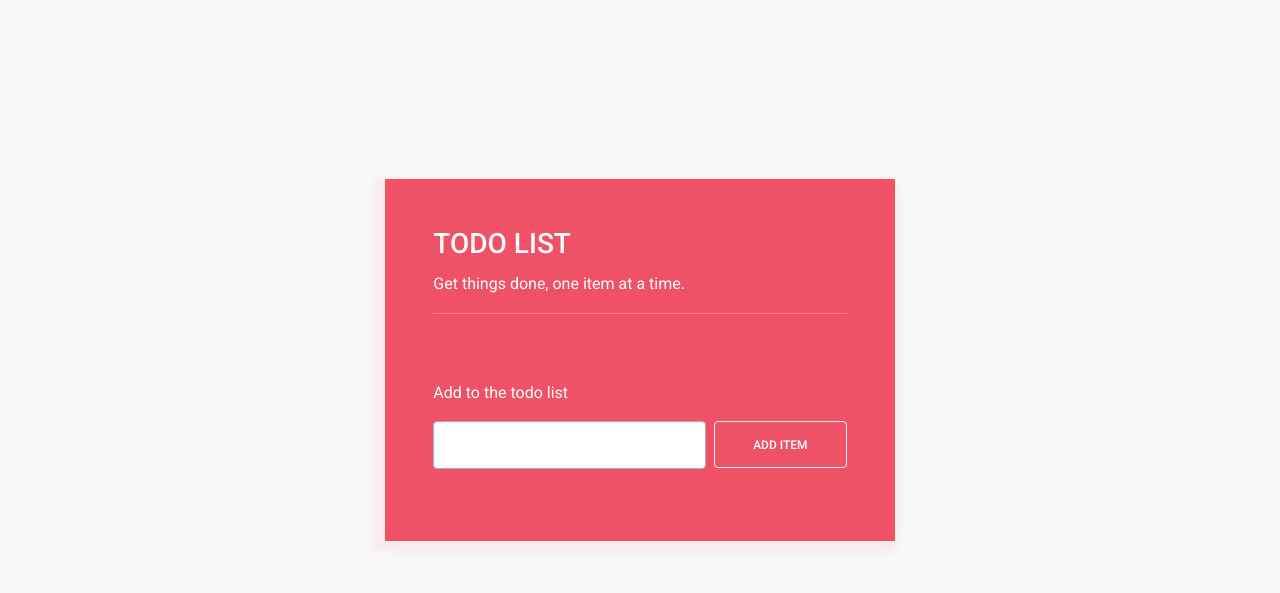
Repository: TinhTT336/MD02_HACKATHON01_HN_JV230620_BS_TranThiTinh_Basic
Page: /
The author's editor kept a copy of each file at every save. The page is drawn from the files as they stood at one save, then again after the next save.
The browser window is 1280 px wide. The pictures show the whole page.
Some web libraries are served in a nearby version. The project was rebuilt for these pictures with package versions that can differ from the ones it lists, and the page was loaded fresh each time. Also part of the build but not shown: vite.config.js, src/App.css.

Above is the page before, as saved 2023-09-05 11:52:10.

### index.html
<!DOCTYPE html>
<html lang="en">
  <head>
    <meta charset="UTF-8" />
    <link rel="icon" type="image/svg+xml" href="/vite.svg" />
    <meta name="viewport" content="width=device-width, initial-scale=1.0" />
    <title>Vite + React</title>
    <link
      href="https://cdnjs.cloudflare.com/ajax/libs/font-awesome/6.0.0/css/all.min.css"
      rel="stylesheet"
    />
    <link
      href="https://fonts.googleapis.com/css?family=Roboto:300,400,500,700&display=swap"
      rel="stylesheet"
    />
    <link
      href="https://cdnjs.cloudflare.com/ajax/libs/mdb-ui-kit/6.2.0/mdb.min.css"
      rel="stylesheet"
    />
  </head>
  <body>
    <div id="root"></div>
    <script type="module" src="/src/main.jsx"></script>
  </body>
</html>

### src/App.jsx
import { useState } from 'react'
import './App.css'
import TodoList from './TodoList/todoList'

function App() {
  const [count, setCount] = useState(0)

  return (
    <>
      <TodoList />
    </>
  )
}

export default App

### src/index.css
/* :root {
  font-family: Inter, system-ui, Avenir, Helvetica, Arial, sans-serif;
  line-height: 1.5;
  font-weight: 400;

  color-scheme: light dark;
  color: rgba(255, 255, 255, 0.87);
  background-color: #242424;

  font-synthesis: none;
  text-rendering: optimizeLegibility;
  -webkit-font-smoothing: antialiased;
  -moz-osx-font-smoothing: grayscale;
  -webkit-text-size-adjust: 100%;
}

a {
  font-weight: 500;
  color: #646cff;
  text-decoration: inherit;
}
a:hover {
  color: #535bf2;
}

body {
  margin: 0;
  display: flex;
  place-items: center;
  min-width: 320px;
  min-height: 100vh;
}

h1 {
  font-size: 3.2em;
  line-height: 1.1;
}

button {
  border-radius: 8px;
  border: 1px solid transparent;
  padding: 0.6em 1.2em;
  font-size: 1em;
  font-weight: 500;
  font-family: inherit;
  background-color: #1a1a1a;
  cursor: pointer;
  transition: border-color 0.25s;
}
button:hover {
  border-color: #646cff;
}
button:focus,
button:focus-visible {
  outline: 4px auto -webkit-focus-ring-color;
}

@media (prefers-color-scheme: light) {
  :root {
    color: #213547;
    background-color: #ffffff;
  }
  a:hover {
    color: #747bff;
  }
  button {
    background-color: #f9f9f9;
  }
} */
body {
  background-color: #faf7f8 !important;
}
.vh-100 {
  width: 50% !important;
  margin: 0 auto !important;
}
.card-body {
  background-color: #ef5267 !important;
  color: #fff !important;
  box-shadow: -5px 5px 5px 5px #f7ebed;
}
.form-control {
  background-color: #fff !important;
  padding: 10px !important;
  width: 100% !important;
}
.list-group-item {
  background-color: #e88c987f !important;
  color: #fff !important;
}
.fas,
.form-check-input {
  color: #fff !important;
}
.btn-info {
  background-color: #ef5267 !important;
  border: 1px solid #efeffe !important;
  width: 45% !important;
  box-shadow: none !important;
  padding: 13.6px !important;
}

### src/TodoList/todoList.jsx
import React, { useRef, useState } from 'react'

export default function TodoList() {
    const [input, setInput] = useState("");
    const [todos, setTodos] = useState(() => {
        const list = JSON.parse(localStorage.getItem("todos")) || [];
        return list;
    });
    const inputRef = useRef();
    const [idEdit, setIdEdit] = useState(null);
    // ham them submit
    const handleSubmit = (e) => {
        e.preventDefault();
        if (input !== "") {
            const newTodo = {
                id: Date.now(),
                title: input,
                status: false,
            }
            const newList = [...todos, newTodo];
            setTodos(newList);
            localStorage.setItem("todos", JSON.stringify(newList));
            setInput("");
            inputRef.current.focus();
        }
        if (idEdit) {
            const editTodo = todos.find(t => t.id === idEdit);
            const newList = todos.map(t => t.id === editTodo.id ? (t = { ...t, title: input }) : (t = { ...t }));
            setTodos(newList);
            localStorage.setItem("todos", JSON.stringify(newList));
            inputRef.current.focus();
            setIdEdit(null);
            return;
        }

    }
    // ham xoa
    const handleDelete = (id) => {
        const newList = todos.filter(t => t.id !== id);
        setTodos(newList);
        localStorage.setItem("todos", JSON.stringify(newList));
        inputRef.current.focus();
    }
    // ham sua
    const handleEdit = (id) => {
        const todoEdit = todos.find(t => t.id === id);
        setInput(todoEdit.title);
        setIdEdit(id);
        inputRef.current.focus();
    }
    // ham check
    const handleCheck = (id) => {
        const newList = todos.map(t => t.id === id ? (t = { ...t, status: !t.status }) : (t = { ...t }));
        setTodos(newList);
        localStorage.setItem("todos", JSON.stringify(newList));
        inputRef.current.focus();
    }
    return (
        <div>
            <section className="vh-100 gradient-custom">
                <div className="container py-5 h-100">
                    <div
                        className="row d-flex justify-content-center align-items-center
              h-100"
                    >
                        <div className="col col-xl-10">
                            <div className="card">
                                <div className="card-body p-5">
                                    <h3 style={{ marginBottom: 10 }}>
                                        TODO LIST
                                    </h3>
                                    <p>Get things done, one item at a time.</p>
                                    <hr></hr>
                                    {/* Tabs content */}
                                    <div className="tab-content">
                                        <div className="tab-pane fade show active">
                                            <ul className="list-group mb-0">
                                                {todos.map(t => (
                                                    <li key={t.id}
                                                        className="list-group-item d-flex
                                          align-items-center border-0 mb-2
                                          rounded justify-content-between"
                                                        style={{ backgroundColor: "#f4f6f7" }}
                                                    >
                                                        {t.status === true ? (<s>{t.title}</s>) : (<span>{t.title}</span>)}
                                                        <div>
                                                            <input
                                                                className="form-check-input me-2"
                                                                type="checkbox" checked={t.status === true} onChange={() => handleCheck(t.id)}
                                                            />
                                                            <a className="text-info" title="Sửa công việc" onClick={() => handleEdit(t.id)}>
                                                                <i
                                                                    className="fas
                                                      fa-pencil-alt
                                                      me-3"
                                                                />
                                                            </a>
                                                            <a onClick={() => handleDelete(t.id)}
                                                                className="text-danger"
                                                                title="Xóa công việc"
                                                            >
                                                                <i
                                                                    className="fas
                                                      fa-trash-alt"
                                                                />
                                                            </a>
                                                        </div>
                                                    </li>
                                                ))}
                                            </ul>
                                            <div className="tab-content">
                                                <p style={{ marginTop: 50 }}>Add to the todo list</p>
                                                <form onSubmit={handleSubmit}
                                                    className="d-flex justify-content-center
                              align-items-center mb-4"
                                                >
                                                    <div className="form-outline flex-fill">
                                                        <input type="text" id="form2" className="form-control" style={{ border: "1px solid #afafaf" }} value={input} onChange={(e) => setInput(e.target.value)} ref={inputRef} />
                                                        {/* <label className="form-label" htmlFor="form2">
                                                            ADD ITEM
                                                        </label> */}
                                                    </div>
                                                    <button
                                                        type="submit"
                                                        className="btn btn-info
                                  ms-2"
                                                    >
                                                        ADD ITEM
                                                    </button>
                                                </form>
                                            </div>
                                        </div>
                                    </div>
                                    {/* Tabs content */}
                                </div>
                            </div>
                        </div>
                    </div>
                </div>
            </section >

        </div >
    )
}

Loaded but not shown: src/main.jsx (common file)

After the next save:
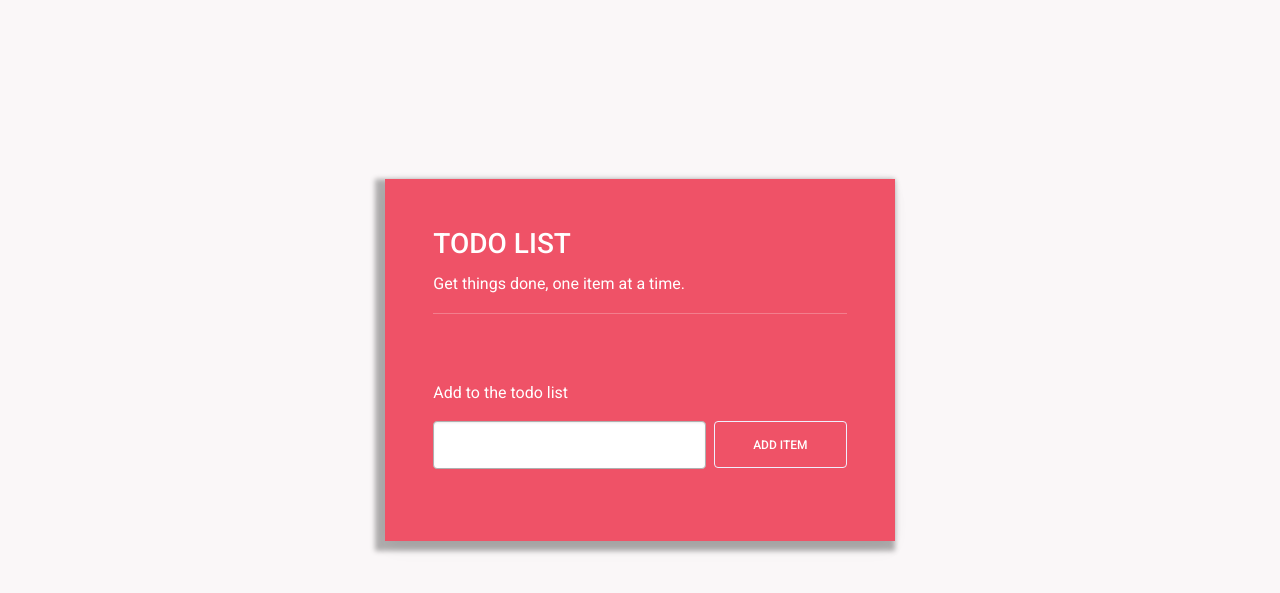
Saved 31 s later.
--- a/src/index.css
+++ b/src/index.css
@@ -77,7 +77,7 @@ body {
 .card-body {
   background-color: #ef5267 !important;
   color: #fff !important;
-  box-shadow: -5px 5px 5px 5px #f7ebed;
+  box-shadow: -5px 5px 5px 5px rgba(0, 0, 0, 0.3);
 }
 .form-control {
   background-color: #fff !important;
